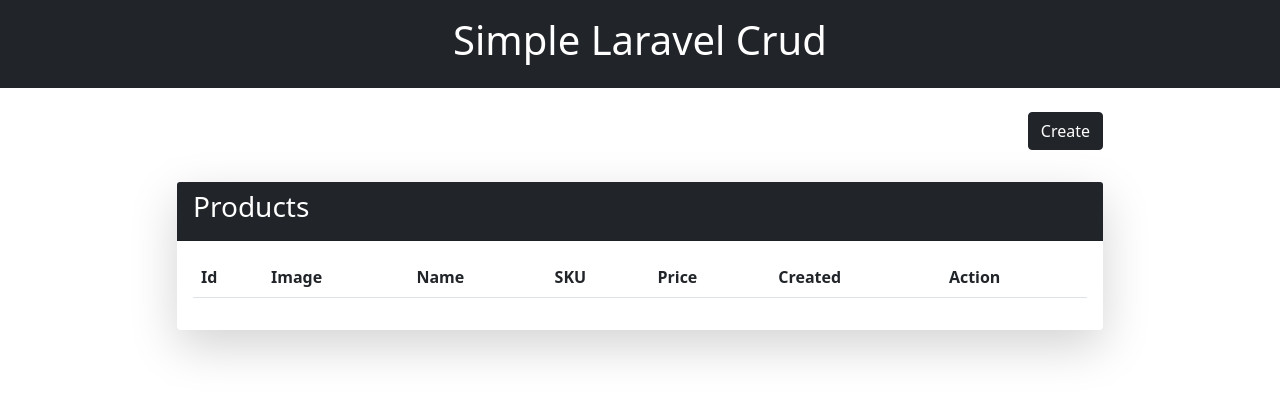
Repository: Muskan1Kumari4draw/Crud-in-Laravel
Page: http://localhost/products
An editor plug-in stored every save of this project. The page is shown before and after the next save, followed by the edit.
The browser window is 1280 px wide. The pictures show the whole page.
The page is served by the project's Laravel application, run on PHP 8.4 with Laravel 12. Other server files are loaded and not shown. Queries for data that is not in the repository find no rows.

Above is the page before, as saved 2024-09-14 13:39:03.
Console error: SyntaxError: Unexpected identifier 'document'

### routes/web.php
<?php

use Illuminate\Support\Facades\Route;
use App\Http\Controllers\ProductController;

Route::get('/products', [ProductController::class, 'index'])->name('products.index');
Route::get('/products/create', [ProductController::class, 'create'])->name('products.create');
Route::post('/products', [ProductController::class, 'store'])->name('products.store');
Route::get('/products/edit/{product}', [ProductController::class, 'edit'])->name('products.edit');
Route::put('/products/{product}', [ProductController::class, 'update'])->name('products.update');
Route::delete('/products/{product}', [ProductController::class, 'destroy'])->name('products.destroy');

### app/Http/Controllers/ProductController.php
<?php


namespace App\Http\Controllers;

use App\Models\Product;
use Illuminate\Http\Request;
use Illuminate\Support\Facades\File;
use Illuminate\Support\Facades\Validator;

class ProductController extends Controller
{
    public function index()
    {
        $products = Product::orderBy('created_at', 'DESC')->get();
        return view('products.list',[
    'products' => $products]);
    }

    public function create()
    {
        return view('products.create');
    }

    public function store(Request $request)
    {
        $rules = [
            'name' => 'required|min:5',
            'sku' => 'required|min:3',
            'price' => 'required|numeric|min:1',
            // 'image' => 'required|image|mimes:jpg,jpeg,png|max:2048'
        ];
        //   Method 2
        if ($request->image != "") {
            $rules['image'] = 'image';
        }
        $validator = Validator::make($request->all(), $rules);

        if ($validator->fails()) {
            return redirect()->route('products.create')
                ->withErrors($validator)
                ->withInput();
        }

        // Databse
        $product = new Product();
        $product->name = $request->name;
        $product->sku = $request->sku;
        $product->price = $request->price;
        $product->description = $request->description;
        $product->save();
        if ($request->hasFile('image')) {
            $image = $request->file('image');

            $ext = $image->getClientOriginalExtension();
            $imageName = time() . '.' . $ext;

            // Correct the path by adding a slash between the folder and image name
            $image->move(public_path('uploads/products'), $imageName);

            // Save the image name in the database
            $product->image = $imageName;
            $product->save();
        }

        // For image

        // Method 1
        // if ($request->hasFile('image')) {
        //     $image = $request->file('image');
        //     $imagePath = $image->store('images', 'public'); // Store the image in 'public/images'
        //     $product->image = $imagePath;
        // }

        // Another method2

        //
        // Method 1
        // if ($product->save()) {
        //     return redirect()->route('products.index')->with('success', 'Product added successfully');
        // } else {
        //     dd('Error saving product'); // Debugging line
        // }


        // Another Way to redirect
        return redirect()->route('products.index')->with('success', ' Product added Successfully');
    }
    public function edit($id) {
        $product = Product::findOrFail($id);
        return view('products.edit', ['product' => $product]);
    }
    public function update($id, Request $request)
    {
        $product = Product::findOrFail($id);

        $rules = [
            'name' => 'required|min:5',
            'sku' => 'required|min:3',
            'price' => 'required|numeric|min:1',
        ];

        if ($request->hasFile('image')) {
            $rules['image'] = 'image|mimes:jpg,jpeg,png|max:2048';
        }

        $validator = Validator::make($request->all(), $rules);

        if ($validator->fails()) {
            return redirect()->route('products.edit', $product->id)
                ->withErrors($validator)
                ->withInput();
        }

        $product->name = $request->name;
        $product->sku = $request->sku;
        $product->price = $request->price;
        $product->description = $request->description;

        if ($request->hasFile('image')) {
            // Delete old image if it exists
            $oldImagePath = public_path('uploads/products/' . $product->image);
            if (File::exists($oldImagePath)) {
                File::delete($oldImagePath);
            }

            $image = $request->file('image');
            $ext = $image->getClientOriginalExtension();
            $imageName = time() . '.' . $ext;
            $image->move(public_path('uploads/products'), $imageName);
            $product->image = $imageName;
        }

        $product->save();

        return redirect()->route('products.index')->with('success', 'Product updated successfully');
    }

    public function destroy($id) {
        $product = Product::findOrFail($id);

        // delete image
        $oldImagePath = public_path('uploads/products/' . $product->image);
        if (File::exists($oldImagePath)) {
            File::delete($oldImagePath);
        }
        // delete products
        $product->delete();

        return redirect()->route('products.index')->with('success', 'Product deleted successfully');

    }
}

### resources/views/products/list.blade.php
<!doctype html>
<html lang="en">
  <head>
    <meta charset="utf-8">
    <meta name="viewport" content="width=device-width, initial-scale=1">
    <link href="https://cdn.jsdelivr.net/npm/bootstrap@5.0.2/dist/css/bootstrap.min.css" rel="stylesheet">
    <title>Laravel - Crud Operation</title>
  </head>
  <body>
    <div class="bg-dark py-3">
      <h1 class="text-white text-center">Simple Laravel Crud</h1>
    </div>

    <div class="container">
      <div class="row d-flex justify-content-center">
        <div class="col-md-10 d-flex justify-content-end mt-4">
            <a href="{{ route('products.create') }}" class="btn btn-dark">Create</a>
        </div>
        <div class="col-md-10 mt-2">
            @if(Session::has('success'))
            <div class="alert alert-success">
                {{ Session::get('success') }}
            </div>
        @endif

        </div>
        <div class="col-md-10">
          <div class="card border-0 shadow-lg my-4">
            <div class="card-header bg-dark">
              <h3 class="text-white">Products</h3>
            </div>
<div class="card-body">
    <table class="table">
        <tr>
            <th>Id</th>
            <th>Image</th>
            <th>Name</th>
            <th>SKU</th>
            <th>Price</th>
            <th>Created</th>
            <th>Action</th>
        </tr>
        @if($products->IsnotEmpty())
@foreach ($products  as $product )

<tr>
    <td>{{ $product->id}}</td>
            <td>@if($product->image != "")
                <img src="{{ asset('uploads/products/'.$product->image)}}" width="50" height="50">


            @endif</td>
            <td>{{ $product->name}}</td>
            <td>{{ $product->sku}}</td>
            <td>${{ $product->price}}</td>
            <td>{{ \Carbon\Carbon::parse($product->created_at)->format('d M,Y')}}</td>
            <td><a href="{{ route('products.edit',$product->id) }}" class="btn btn-dark">Edit</a>
                <a href="#" onclick="deletProduct({{ $product->id }});" class="btn btn-danger">Delete</a>
            <form id="delete-product-from-{{ $product->id}}" action="{{ route('products.destroy',$product->id) }}" method="post">
                @csrf
@method('delete')

            </form>
            </td>
        </tr>
        @endforeach
        @endif
    </table>
</div>
          </div>
        </div>
      </div>
    </div>
    <script>
        function deletProduct(id){
            if(confirm("Are you sure you want to delete this product")
        document.getElementById("delete-product-from-".id).submit();
        )

        }
    </script>

    <script src="https://cdn.jsdelivr.net/npm/bootstrap@5.0.2/dist/js/bootstrap.bundle.min.js"></script>
  </body>
</html>

Loaded but not shown: app/Http/Controllers/Controller.php (common file); app/Models/Product.php (common file)

After the next save:
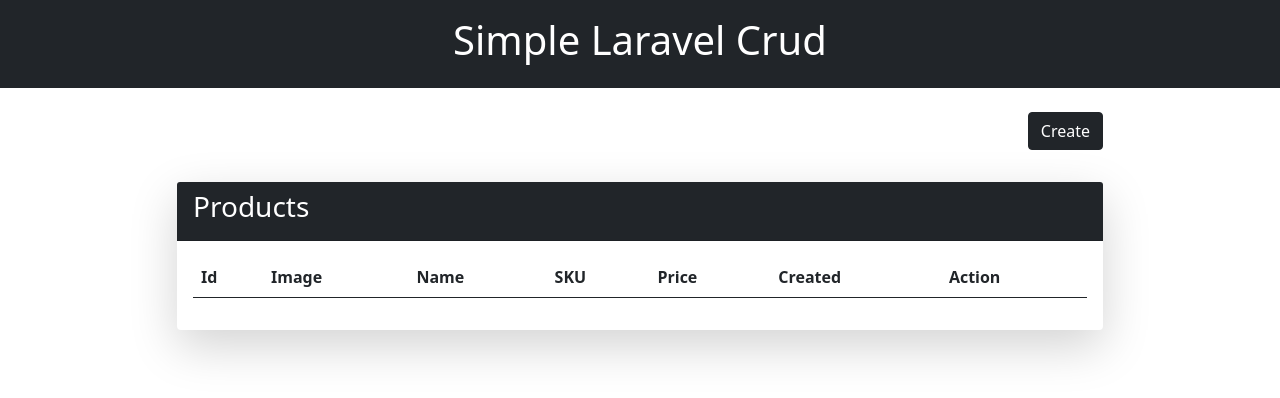
The error is gone.
Saved 45 s later.
--- a/resources/views/products/list.blade.php
+++ b/resources/views/products/list.blade.php
@@ -1,85 +1,87 @@
 <!doctype html>
 <html lang="en">
-  <head>
-    <meta charset="utf-8">
-    <meta name="viewport" content="width=device-width, initial-scale=1">
-    <link href="https://cdn.jsdelivr.net/npm/bootstrap@5.0.2/dist/css/bootstrap.min.css" rel="stylesheet">
-    <title>Laravel - Crud Operation</title>
-  </head>
-  <body>
-    <div class="bg-dark py-3">
-      <h1 class="text-white text-center">Simple Laravel Crud</h1>
-    </div>
+<head>
+  <meta charset="utf-8">
+  <meta name="viewport" content="width=device-width, initial-scale=1">
+  <link href="https://cdn.jsdelivr.net/npm/bootstrap@5.0.2/dist/css/bootstrap.min.css" rel="stylesheet">
+  <title>Laravel - Crud Operation</title>
+</head>
+<body>
+  <div class="bg-dark py-3">
+    <h1 class="text-white text-center">Simple Laravel Crud</h1>
+  </div>
 
-    <div class="container">
-      <div class="row d-flex justify-content-center">
-        <div class="col-md-10 d-flex justify-content-end mt-4">
-            <a href="{{ route('products.create') }}" class="btn btn-dark">Create</a>
-        </div>
-        <div class="col-md-10 mt-2">
-            @if(Session::has('success'))
-            <div class="alert alert-success">
-                {{ Session::get('success') }}
-            </div>
+  <div class="container">
+    <div class="row d-flex justify-content-center">
+      <div class="col-md-10 d-flex justify-content-end mt-4">
+        <a href="{{ route('products.create') }}" class="btn btn-dark">Create</a>
+      </div>
+      <div class="col-md-10 mt-2">
+        @if(Session::has('success'))
+          <div class="alert alert-success">
+            {{ Session::get('success') }}
+          </div>
         @endif
-
-        </div>
-        <div class="col-md-10">
-          <div class="card border-0 shadow-lg my-4">
-            <div class="card-header bg-dark">
-              <h3 class="text-white">Products</h3>
-            </div>
-<div class="card-body">
-    <table class="table">
-        <tr>
-            <th>Id</th>
-            <th>Image</th>
-            <th>Name</th>
-            <th>SKU</th>
-            <th>Price</th>
-            <th>Created</th>
-            <th>Action</th>
-        </tr>
-        @if($products->IsnotEmpty())
-@foreach ($products  as $product )
-
-<tr>
-    <td>{{ $product->id}}</td>
-            <td>@if($product->image != "")
-                <img src="{{ asset('uploads/products/'.$product->image)}}" width="50" height="50">
-
-
-            @endif</td>
-            <td>{{ $product->name}}</td>
-            <td>{{ $product->sku}}</td>
-            <td>${{ $product->price}}</td>
-            <td>{{ \Carbon\Carbon::parse($product->created_at)->format('d M,Y')}}</td>
-            <td><a href="{{ route('products.edit',$product->id) }}" class="btn btn-dark">Edit</a>
-                <a href="#" onclick="deletProduct({{ $product->id }});" class="btn btn-danger">Delete</a>
-            <form id="delete-product-from-{{ $product->id}}" action="{{ route('products.destroy',$product->id) }}" method="post">
-                @csrf
-@method('delete')
-
-            </form>
-            </td>
-        </tr>
-        @endforeach
-        @endif
-    </table>
-</div>
+      </div>
+      <div class="col-md-10">
+        <div class="card border-0 shadow-lg my-4">
+          <div class="card-header bg-dark">
+            <h3 class="text-white">Products</h3>
+          </div>
+          <div class="card-body">
+            <table class="table">
+              <thead>
+                <tr>
+                  <th>Id</th>
+                  <th>Image</th>
+                  <th>Name</th>
+                  <th>SKU</th>
+                  <th>Price</th>
+                  <th>Created</th>
+                  <th>Action</th>
+                </tr>
+              </thead>
+              <tbody>
+                @if($products->isNotEmpty())
+                  @foreach ($products as $product)
+                    <tr>
+                      <td>{{ $product->id }}</td>
+                      <td>
+                        @if($product->image)
+                          <img src="{{ asset('uploads/products/' . $product->image) }}" width="50" height="50" alt="Product Image">
+                        @endif
+                      </td>
+                      <td>{{ $product->name }}</td>
+                      <td>{{ $product->sku }}</td>
+                      <td>${{ $product->price }}</td>
+                      <td>{{ \Carbon\Carbon::parse($product->created_at)->format('d M, Y') }}</td>
+                      <td>
+                        <a href="{{ route('products.edit', $product->id) }}" class="btn btn-dark">Edit</a>
+                        <a href="#" onclick="deleteProduct({{ $product->id }}); return false;" class="btn btn-danger">Delete</a>
+                        <form id="delete-product-form-{{ $product->id }}" action="{{ route('products.destroy', $product->id) }}" method="post" style="display: none;">
+                          @csrf
+                          @method('delete')
+                        </form>
+                      </td>
+                    </tr>
+                  @endforeach
+                @endif
+              </tbody>
+            </table>
           </div>
         </div>
       </div>
     </div>
-    <script>
-        function deletProduct(id){
-            if(confirm("Are you sure you want to delete this product")
-        document.getElementById("delete-product-from-".id).submit();
-        )
+  </div>
 
-        }
-    </script>
+  <script>
+    function deleteProduct(id) {
+      if (confirm("Are you sure you want to delete this product?")) {
+        document.getElementById('delete-product-form-' + id).submit();
+      }
+    }
+  </script>
 
-    <script src="https://cdn.jsdelivr.net/npm/bootstrap@5.0.2/dist/js/bootstrap.bundle.min.js"></script>
-  </body>
+  <script src="https://cdn.jsdelivr.net/npm/bootstrap@5.0.2/dist/js/bootstrap.bundle.min.js"></script>
+</body>
 </html>
